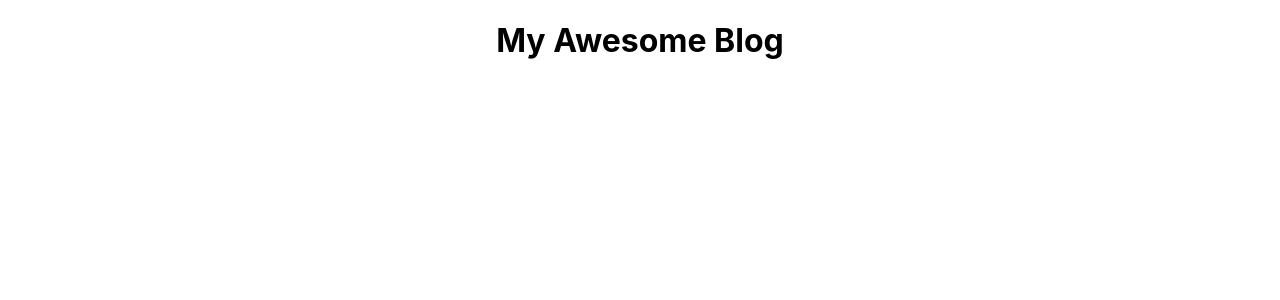
Repository: ShindanoSingi/full-stack-course
Page: / (app in my-blog/)
The author's editor kept a copy of each file at every save. The page is drawn from the files as they stood at one save, then again after the next save.
The browser window is 1280 px wide. The pictures show the whole page.
The project was rebuilt for these pictures with package versions that can differ from the ones it lists, and the page was loaded fresh each time.

Above is the page before, as saved 2022-12-04 23:04:42.

After the next save:
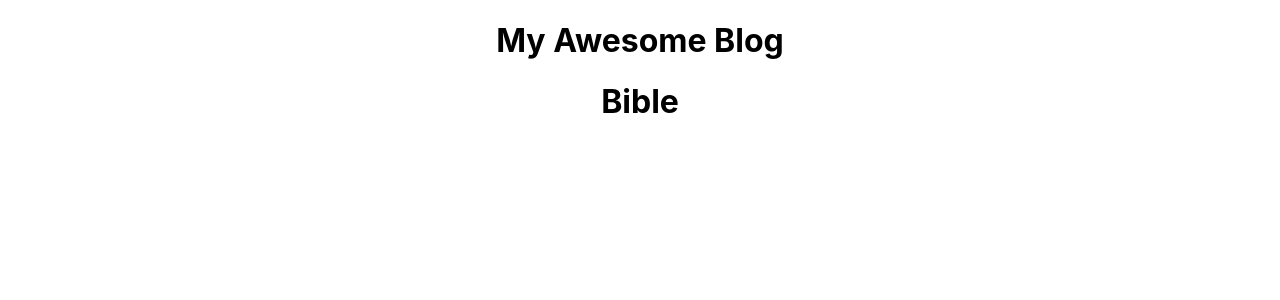
Saved 37 s later.
--- a/my-blog/src/App.js
+++ b/my-blog/src/App.js
@@ -5,6 +5,7 @@
   return (
     <div className="App">
     <h1>My Awesome Blog</h1>
+    <h1>Bible</h1>
     </div>
   );
 }

After the save that followed:
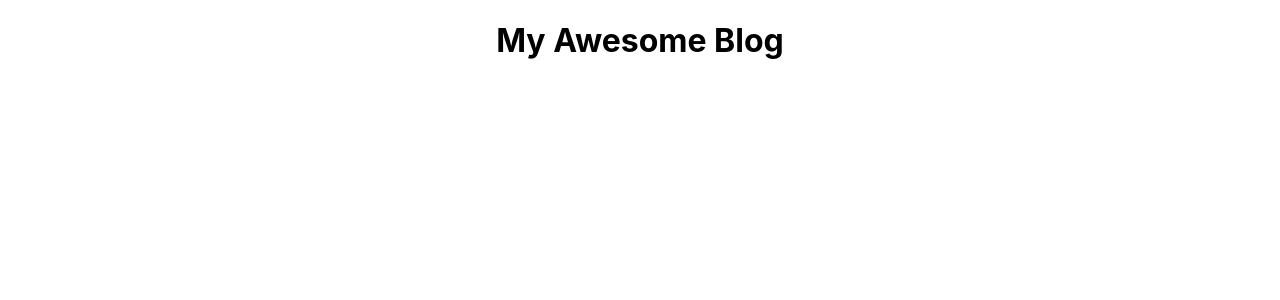
Saved 6 s later.
--- a/my-blog/src/App.js
+++ b/my-blog/src/App.js
@@ -5,7 +5,6 @@
   return (
     <div className="App">
     <h1>My Awesome Blog</h1>
-    <h1>Bible</h1>
     </div>
   );
 }
